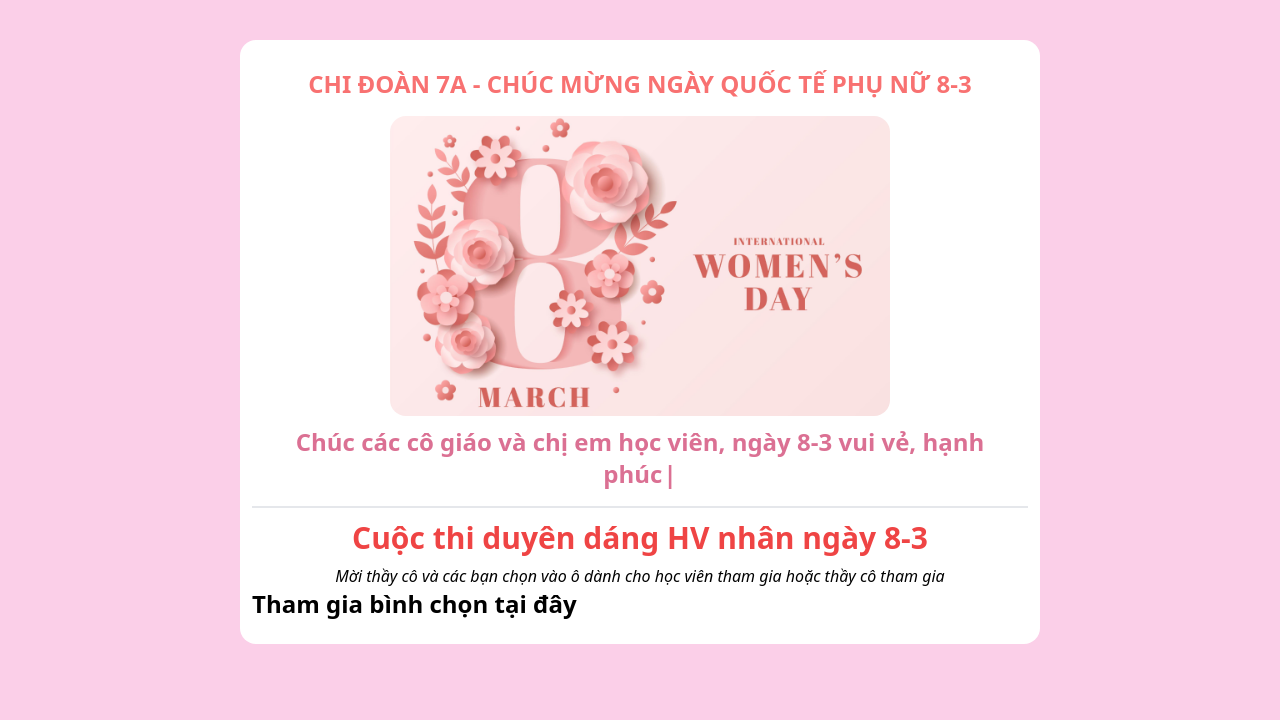
Repository: hoang0508/web-837A
Page: /
The author's editor kept a copy of each file at every save. The page is drawn from the files as they stood at one save, then again after the next save.
The browser window is 1280 px wide. The pictures show the whole page.
Some web fonts or font styles are not loaded; a fallback is used. The project was rebuilt for these pictures with package versions that can differ from the ones it lists, and the page was loaded fresh each time. Also part of the build but not shown: vite.config.js.

Above is the page before, as saved 2025-02-28 19:28:18.

After the next save:
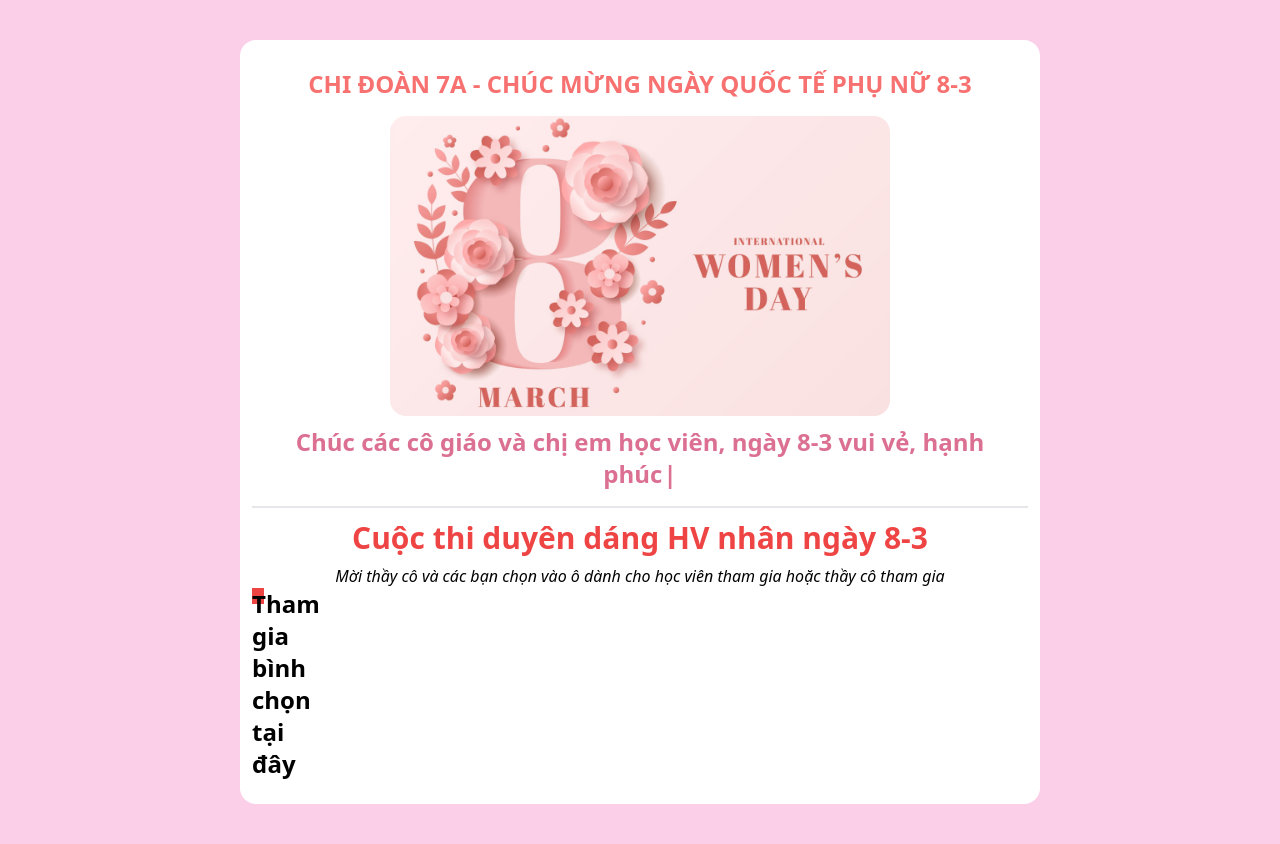
Saved 30 s later.
--- a/src/App.jsx
+++ b/src/App.jsx
@@ -42,7 +42,9 @@ function App() {
               Mời thầy cô và các bạn chọn vào ô dành cho học viên tham gia hoặc
               thầy cô tham gia
             </p>
-            <button>Tham gia bình chọn tại đây</button>
+            <button className="w-3 h-4 bg-red-500">
+              Tham gia bình chọn tại đây
+            </button>
           </div>
         </div>
       </div>
